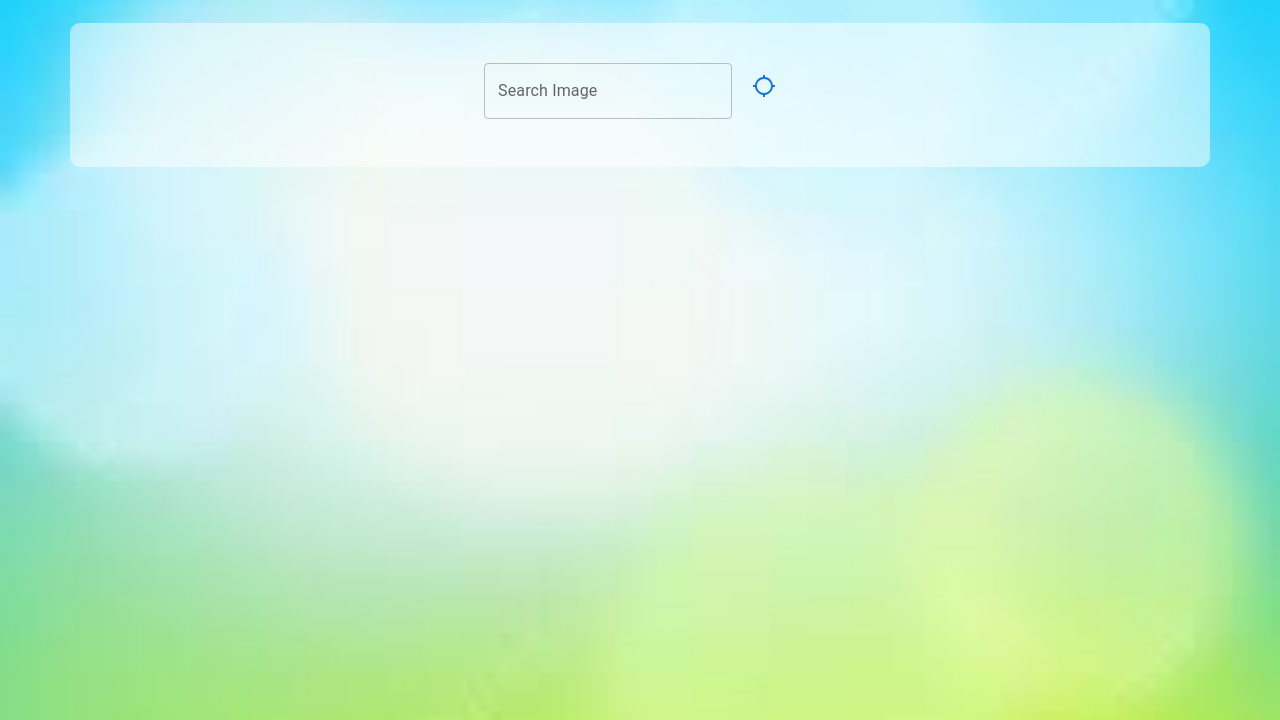
Repository: mohit78911/Snapshot
Page: /
These files come from the project's save history. The page is drawn as it stood at one moment and after a run of saves; the edit follows.
The browser window is 1280 px wide. The pictures show the whole page.
The project was rebuilt for these pictures with package versions that can differ from the ones it lists, and the page was loaded fresh each time. Also part of the build but not shown: src/snapshot/SnapshotCss.css, src/snapshot/SearchBox.css.

Above is the page before, as saved 2023-09-01 12:27:29.

### public/index.html
<!DOCTYPE html>
<html lang="en">
  <head>
    <meta charset="utf-8" />
    <link rel="icon" href="%PUBLIC_URL%/favicon.ico" />
    <link href="https://cdn.jsdelivr.net/npm/bootstrap@5.3.1/dist/css/bootstrap.min.css" rel="stylesheet" integrity="sha384-4bw+/aepP/YC94hEpVNVgiZdgIC5+VKNBQNGCHeKRQN+PtmoHDEXuppvnDJzQIu9" crossorigin="anonymous">
    <meta name="viewport" content="width=device-width, initial-scale=1" />
    <meta name="theme-color" content="#000000" />
    <meta
      name="description"
      content="Web site created using create-react-app"
    />
    <link rel="apple-touch-icon" href="%PUBLIC_URL%/logo192.png" />

    <link rel="manifest" href="%PUBLIC_URL%/manifest.json" />

    <title>React App</title>
  </head>
  <body style="text-align: center;">
    <noscript>You need to enable JavaScript to run this app.</noscript>
    <div id="root"></div>
    <script src="https://cdn.jsdelivr.net/npm/bootstrap@5.3.1/dist/js/bootstrap.bundle.min.js" integrity="sha384-HwwvtgBNo3bZJJLYd8oVXjrBZt8cqVSpeBNS5n7C8IVInixGAoxmnlMuBnhbgrkm" crossorigin="anonymous"></script>
  </body>
</html>

### src/App.js
import { Box } from "@mui/material";
import React from "react";
import SnapShot from "./snapshot/SnapShot";
console.log("hey i am snapshot Component")
export default function App() {
  return (
    <Box>
      <SnapShot />
    </Box>
  );
}

### src/snapshot/SnapShot.js
import React, { useEffect, useState } from "react";
import axios from "axios";
import "../App.css";

import SnapshotTable from "./SnapshotTable";
import SearchBox from "./SearchBox";
import { ToastContainer,toast } from "react-toastify";

export default function SnapShot() {
  const [image, setImage] = useState("");
  const [data, setData] = useState([]);
  const getData = (e) => {
    e.preventDefault();
    let trimedImage = image.trim().trimStart().trimEnd()
    if (trimedImage == "") {
      toast.error("IMAGE FIELD IS EMPTY");
    } else {
      axios
        .get(
          `https://api.unsplash.com/search/collections?page=1&query=${image}&client_id=-DzO7DyFZFBUXuUjR2Tb8dbbi8Qcg40oNw2kVfqoREI`
        )
        .then((result) => {
          setData(result.data.results[0].preview_photos);
          // console.log(result.data.results[0].preview_photos);
        })
        .catch((error) => console.log(error));
    }
  };

  // useEffect(() => {
  //   getData();
  // }, []);

  console.log(data);
  return (
    <div className="container">
      <div className="row">
        <div className="col-4 firstColoum">
          <SearchBox setImage={setImage} image={image} getData={getData} />
        </div>
        <div className="col secondColoum">
          <SnapshotTable data={data} />
        </div>
      </div>
      <ToastContainer/>
    </div>
  );
}

### src/App.css
.App {
  text-align: center;
}

.App-logo {
  height: 40vmin;
  pointer-events: none;
}

@media (prefers-reduced-motion: no-preference) {
  .App-logo {
    animation: App-logo-spin infinite 20s linear;
  }
}

.App-header {
  background-color: #282c34;
  min-height: 100vh;
  display: flex;
  flex-direction: column;
  align-items: center;
  justify-content: center;
  font-size: calc(10px + 2vmin);
  color: white;
}

.App-link {
  color: #61dafb;
}

@keyframes App-logo-spin {
  from {
    transform: rotate(0deg);
  }

  to {
    transform: rotate(360deg);
  }
}

.firstColoum{
  width: 100%;
  padding-top: 2rem;
  margin-top: 2%;
  border-radius: 10px;
  height: 9rem;
  background: rgb(255, 255, 255,0.5);

}

.secondColoum{
  width: 100%;
  margin-top: 2rem;
  border-radius: 10px;
  background: rgb(255, 255, 255,0.5);
}


body{
  background-image: url('data:[embedded picture, 2875 characters]');
  background-repeat: no-repeat;
  background-position: 100%;
  background-size: cover;
  background-attachment: fixed;

}

### src/snapshot/SnapshotTable.js
import React from "react";
import "./SnapshotCss.css";

function SnapshotTable({ data }) {
  return (
    <div>
      <div>
        {data.map((value, i) => {
          return (
            <tr key={i} className="imgdisplay">
              <td>
                <div className="card overflow" style={{ width: "18rem" }}>
                  <img className="card-img-top " src={value.urls.regular} />
                </div>
              </td>
            </tr>
          );
        })}
      </div>
    </div>
  );
}

export default SnapshotTable;

### src/snapshot/SearchBox.js
import React from "react";
import { Button, TextField } from "@mui/material";
import "./SearchBox.css";
import LocationSearchingIcon from "@mui/icons-material/LocationSearching";

function SearchBox({ getData, setImage, image }) {
  return (
    <div>
      <div>
        <form onSubmit={getData} className="mt-2">
          <TextField
            sx={{width:"auto"}}
            value={image}
            onChange={(e) => setImage(e.target.value)}
            label="Search Image"
          />
          <Button type="submit" sx={{ marginTop: "5px" }}>
            <LocationSearchingIcon />
          </Button>
        </form>
      </div>
    </div>
  );
}

export default SearchBox;

Loaded but not shown: src/index.js (common file); src/index.css (common file); src/reportWebVitals.js (common file)

After the next 3 saves:
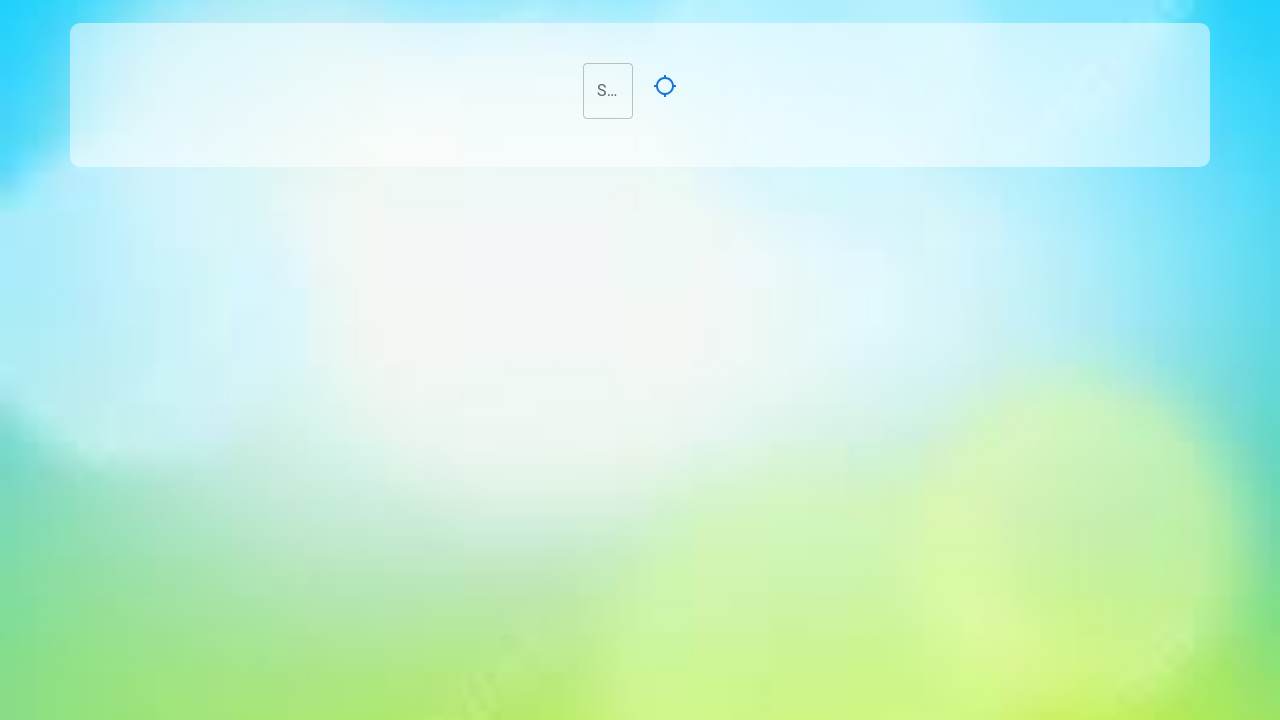
The 3 saves are shown as one change because they came seconds apart.
The last was saved 11 s later.
--- a/src/snapshot/SearchBox.js
+++ b/src/snapshot/SearchBox.js
@@ -9,7 +9,7 @@
       <div>
         <form onSubmit={getData} className="mt-2">
           <TextField
-            sx={{width:"auto"}}
+            sx={{width:"50px"}}
             value={image}
             onChange={(e) => setImage(e.target.value)}
             label="Search Image"
